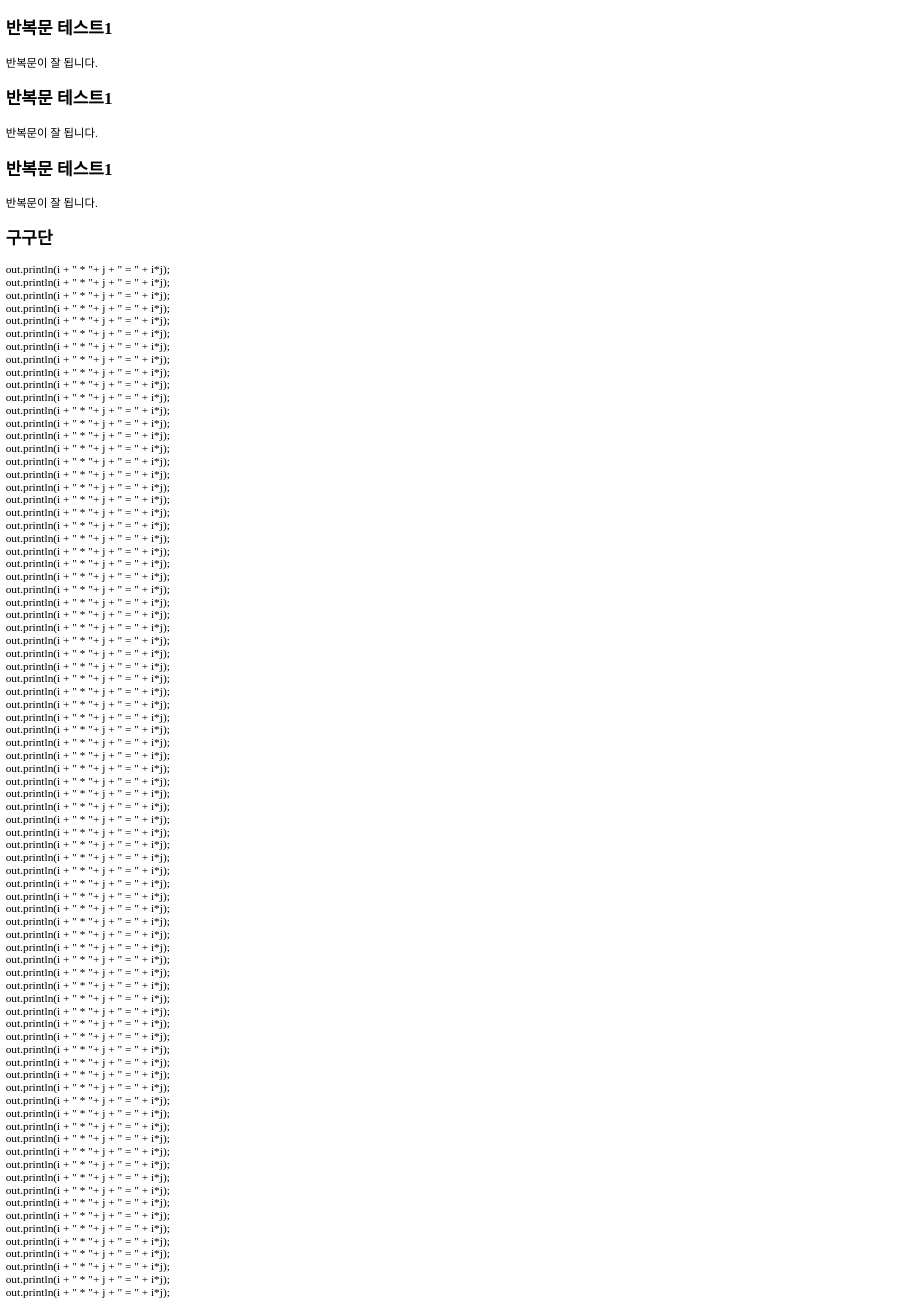
Repository: JongMin22/jsp.practice
Page: http://localhost/JSPBasic/JsPTag/Scriptlet.jsp
The author's editor kept a copy of each file at every save. The page is drawn from the files as they stood at one save, then again after the next save.
The browser window is 1280 px wide. The pictures show the whole page, at 71% of full size.
The page is served by Tomcat 9.

Above is the page before, as saved 2022-01-28 02:40:56.

### JSPBasic/src/main/webapp/JsPTag/Scriptlet.jsp
<%@ page language="java" contentType="text/html; charset=UTF-8"
    pageEncoding="UTF-8"%>
<!DOCTYPE html>
<html>
<head>
<meta charset="UTF-8">
<title>Insert title here</title>
</head>
<body>
	<!--  스크립트릿 내부에는 자바 코드를 작성할 수 있으며
		이 코드를 반영해 페이지가 구성됩니다. -->
		<%for(int i=0; i<3; i++){ %>
			<h2>반복문 테스트1</h2>
			<p>반복문이 잘 됩니다.</p>
		<% } %>
	<!-- 하단에 구구단 코드를 작성해주세요.
	System.out.println()이 괄호 내 구문을 콘솔에 찍히게 해줬다면
	out.println()은 html화면에 괄호 내 구문을 콘솔에 찍히게 해줍니다.-->
		<h2>구구단</h2>
	<%for(int i=1; i<10; i++){
		 for(int j=1; j<10; j++){ %>
			 out.println(i + " * "+ j + " = " + i*j);
			 <br/>
		<%}
		} %>


</body>
</html>

After the next save:
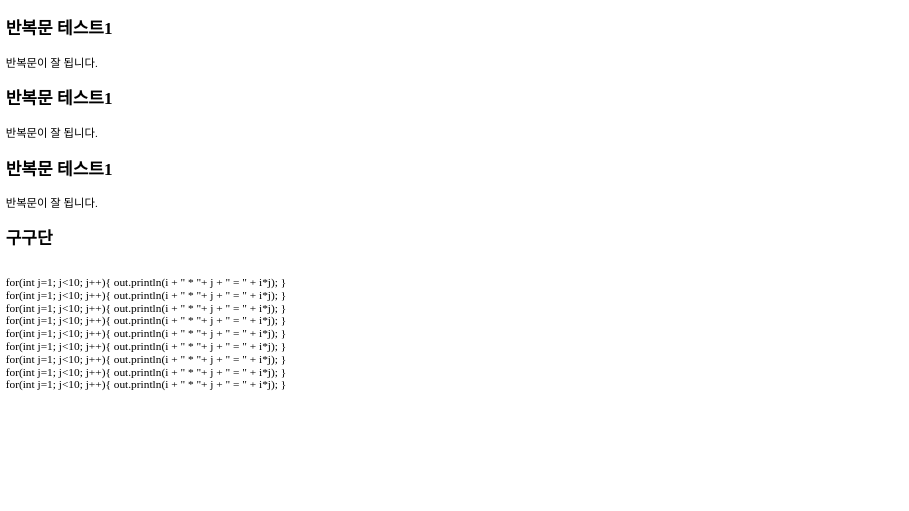
Saved 30 s later.
--- a/JSPBasic/src/main/webapp/JsPTag/Scriptlet.jsp
+++ b/JSPBasic/src/main/webapp/JsPTag/Scriptlet.jsp
@@ -17,12 +17,12 @@
 	System.out.println()이 괄호 내 구문을 콘솔에 찍히게 해줬다면
 	out.println()은 html화면에 괄호 내 구문을 콘솔에 찍히게 해줍니다.-->
 		<h2>구구단</h2>
-	<%for(int i=1; i<10; i++){
-		 for(int j=1; j<10; j++){ %>
+	<%for(int i=1; i<10; i++){ %><br/>
+		 for(int j=1; j<10; j++){
 			 out.println(i + " * "+ j + " = " + i*j);
-			 <br/>
-		<%}
-		} %>
+
+		}
+		<%} %>
 
 
 </body>
